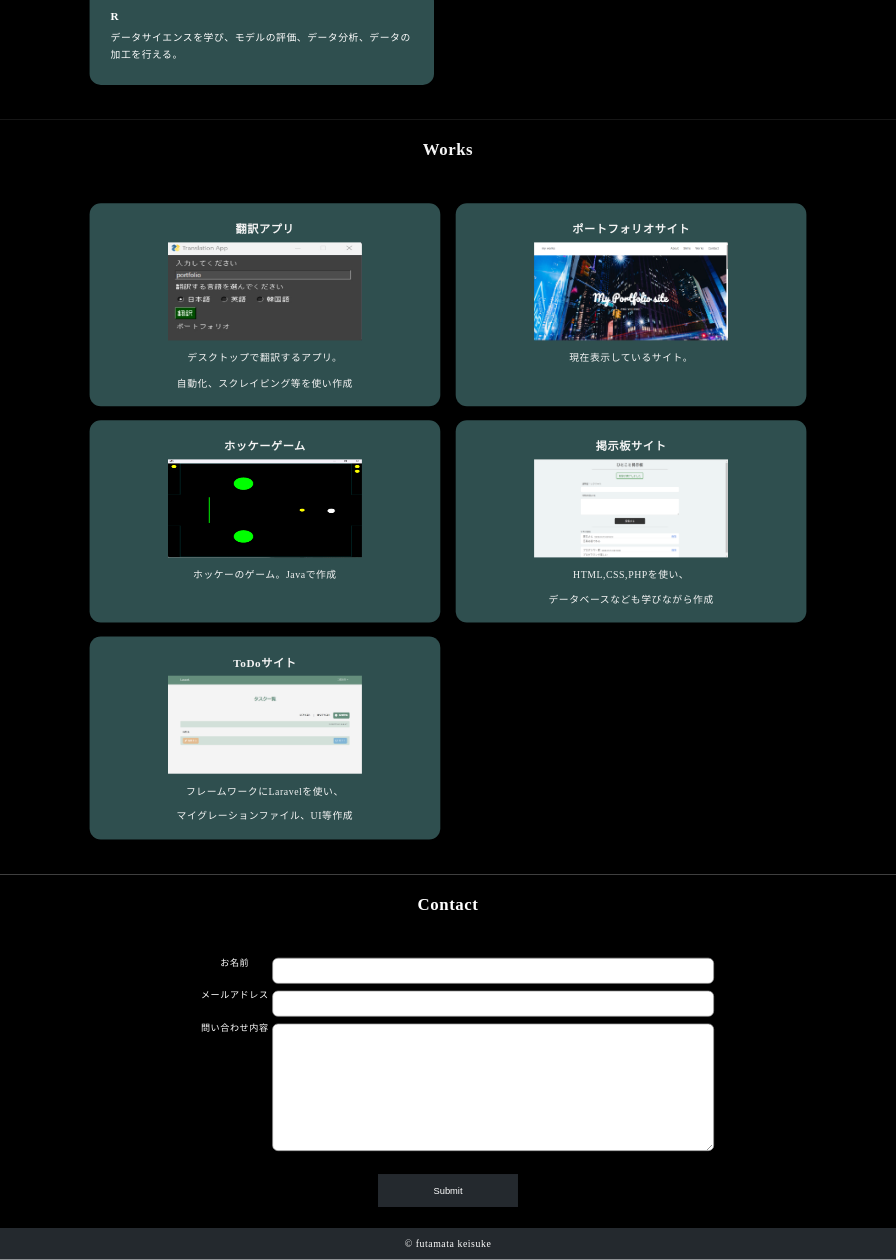
Repository: F-ksk/portfolio
Page: index.html
An editor plug-in stored every save of this project. The page is shown before and after the next save, followed by the edit.
The browser window is 1280 px wide. The pictures show the part of the page from y = 1785 to 3705 px (the page is 3585 px tall before and 3705 px after), at 70% of full size.

Above is the page before, as saved 2023-11-13 00:14:59.

After the next save:
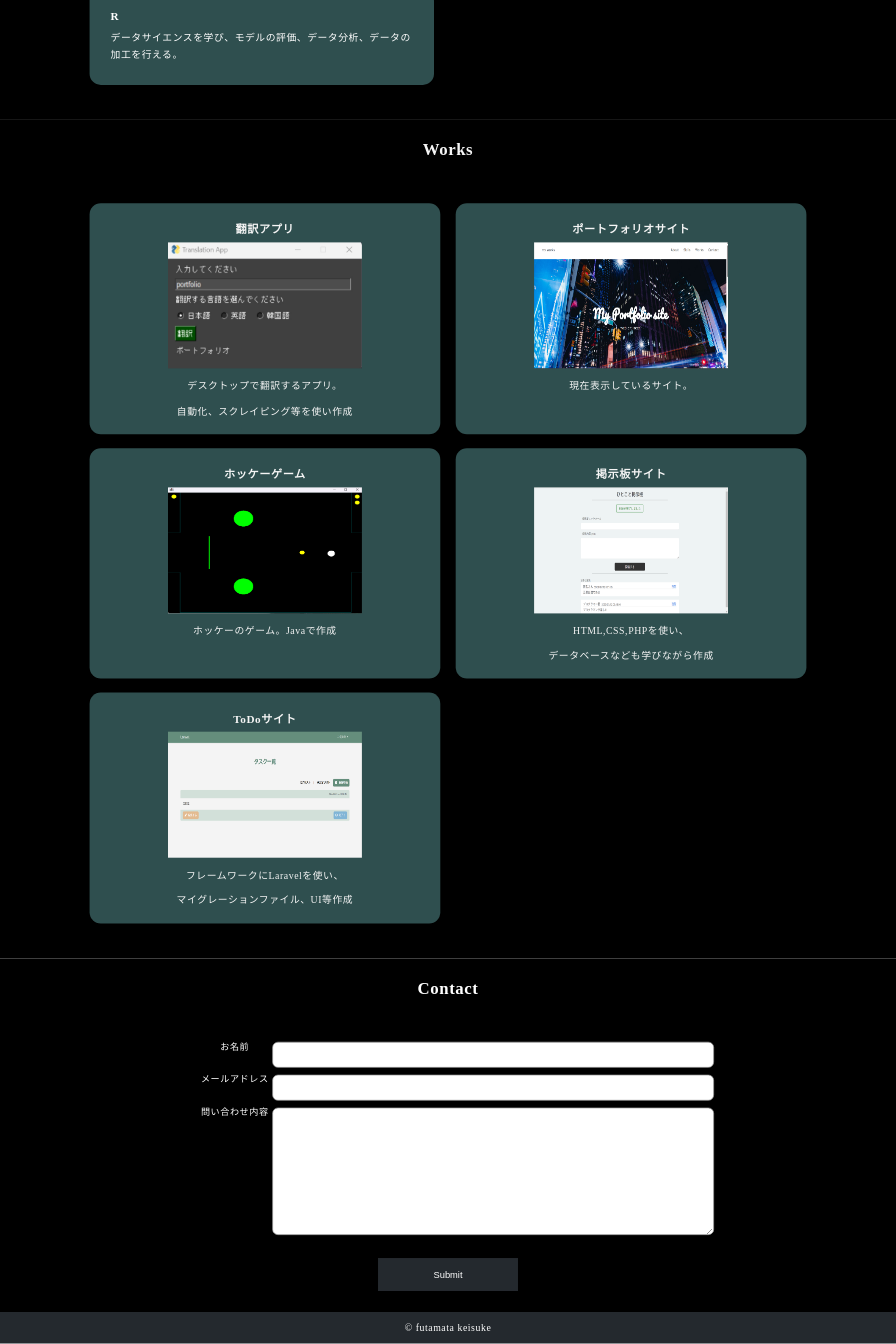
Saved 59 s later.
--- a/css/style.css
+++ b/css/style.css
@@ -161,7 +161,7 @@ section {
 
 #works img {
     width: 60%;
-    height: 140px;
+    height: 180px;
 }
 
 .work-description {
